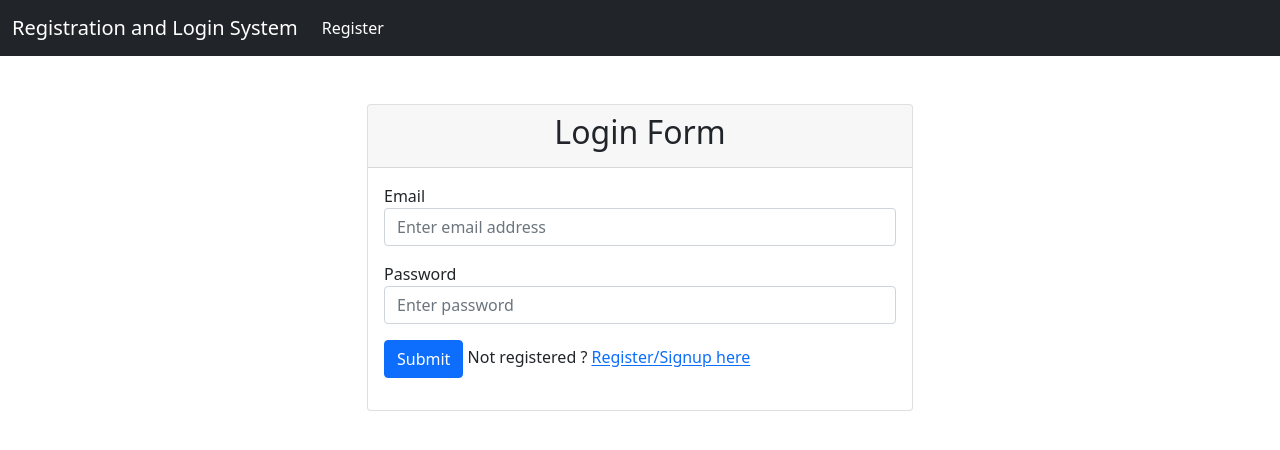
Repository: tienhung239/BE-web-restaurant
Page: http://localhost/login
The author's editor kept a copy of each file at every save. The page is drawn from the files as they stood at one save, then again after the next save.
The browser window is 1280 px wide. The pictures show the whole page.
The page is this project's Thymeleaf template; nobody is signed in. The template is opened directly, without the code that normally fills it, so the values that code supplies are empty.

Above is the page before, as saved 2023-07-31 02:40:21.

After the next save:
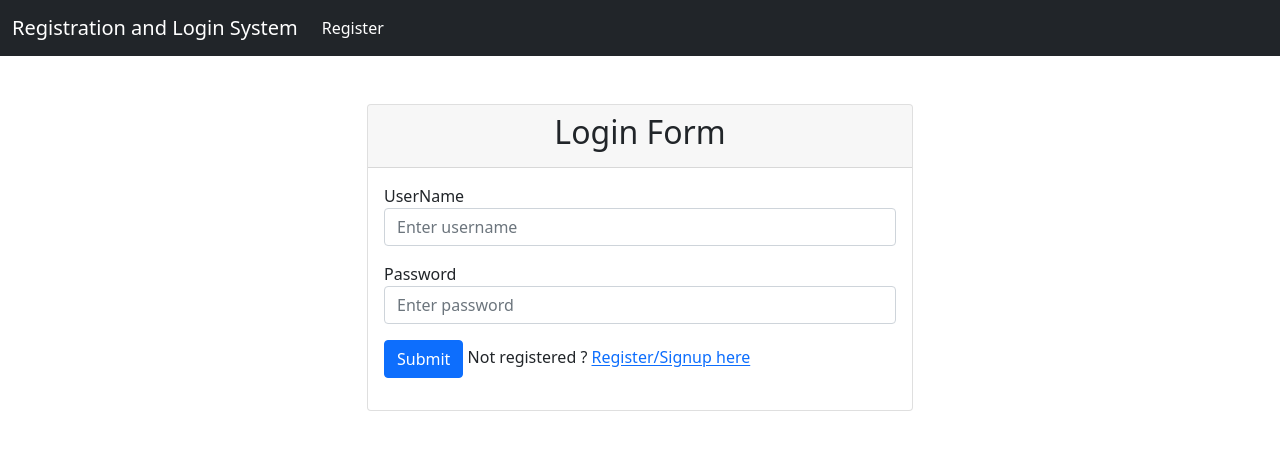
Saved 2 min 25 s later.
--- a/restaurant-book-table/src/main/resources/templates/login.html
+++ b/restaurant-book-table/src/main/resources/templates/login.html
@@ -50,13 +50,13 @@
                         class="form-horizontal"
                     >
                         <div class="form-group mb-3">
-                            <label class="control-label"> Email</label>
+                            <label class="control-label"> UserName</label>
                             <input
                                 type="text"
                                 id="username"
                                 name="username"
                                 class="form-control"
-                                placeholder="Enter email address"
+                                placeholder="Enter username"
                             />
                         </div>
 
